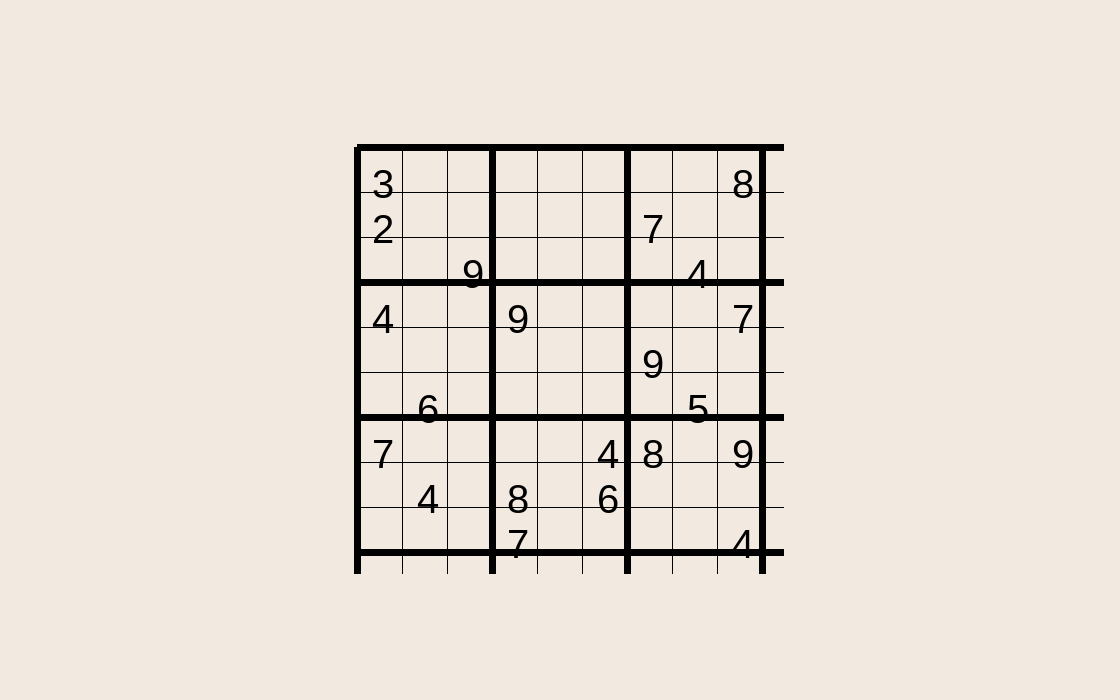
Repository: JensVL96/Puzzle-solver-for-fun
Script's output: python sudoku.py
These files come from the project's save history. The script's output is drawn as it stood at one moment and after the next save; the edit follows.
The window is shown after at most 60 frames with no key pressed. A system font it names is replaced by a similar one. Random numbers start from a fixed seed.

Above is the script's output before, as saved 2020-11-07 20:45:42.

### sudoku.py
# -*- coding: utf-8 -*-
from __future__ import print_function
from config import *
from create_board import *
from solve_bloard import *
from display_board import *

from string import *
from math import floor
import pygame as pg
import numpy as np

# For error highlighting
def set_highlight(row, col, blk, lock):
    global input_lock
    input_lock = lock
    global row_index
    row_index = row
    global col_index
    col_index = blk
    global blk_index
    blk_index = col

def get_cord(pos):
    global box_index_x
    box_index_x = int((pos[0] - TOP_LX)//BLOCK_SIZE)
    global box_index_y
    box_index_y = int((pos[1] - TOP_LY)//BLOCK_SIZE)


def valid(grid, x, y, val):
    input_lock = 0
    row = col = blk = (0, 0)

    for index in range(9):
        # Check if value in column
        if grid[x][index] == val:
            col = (x, index)
            input_lock = 1

        # Check if value in row
        if grid[index][y] == val:
            row = (index, y)
            input_lock = 1

    # Finds the block
    index_x = x // 3 # integer division
    index_y = y // 3

    # Check if value in block
    for i in range(index_x * 3, index_x * 3 + 3):
        for j in range (index_y * 3, index_y * 3 + 3):
            if grid[i][j] == val:
                blk = (i, j)
                input_lock = 1

    if input_lock == 1:
        set_highlight(row, col, blk, input_lock)
        return False

    return True

def valid_cdt(cdt_list, val):
    if type(cdt_list) == int:   # ignore
        return True

    if len(cdt_list) > 9:
        return False
    else:
        for iter in cdt_list:
            if iter == val:
                return False

    return True

class Main():
    def __init__(self):
        self.board = []
        self.run()

    def run(self):
        pg.init()
        self.screen = pg.display.set_mode(SCREEN_RES)
        pg.display.set_caption('Sudoku solver')

        display = Display_board(self.screen)

        val = 0
        blink = False
        alpha = 1
        a_change = True
        blink_color = GREEN
        candidates = []

        get_cord(INITIAL_CORDS)
        set_highlight(INITIAL_CORDS, INITIAL_CORDS, INITIAL_CORDS, INITIAL_LOCK)

        board = create_board().board

        while 1:
            for event in pg.event.get():
                if event.type == pg.QUIT or (event.type == pg.KEYDOWN and event.key == pg.K_ESCAPE):
                    exit()
                if event.type == pg.MOUSEBUTTONDOWN and input_lock != 1:
                    pos = pg.mouse.get_pos()
                    get_cord(pos)

                    # Checks if selection is on the board
                    if pos[0] < TOP_LX or pos[1] < TOP_LY or pos[0] > int(BOT_RX) or pos[1] > int(BOT_RY):
                        blink = False
                    else:
                        blink = True
                if event.type == pg.KEYDOWN and input_lock != 1:
                    if event.key == pg.K_1:
                        val = 1
                    if event.key == pg.K_2:
                        val = 2
                    if event.key == pg.K_3:
                        val = 3
                    if event.key == pg.K_4:
                        val = 4
                    if event.key == pg.K_5:
                        val = 5
                    if event.key == pg.K_6:
                        val = 6
                    if event.key == pg.K_7:
                        val = 7
                    if event.key == pg.K_8:
                        val = 8
                    if event.key == pg.K_9:
                        val = 9
                    if event.key == pg.K_BACKSPACE:
                        board[int(box_index_x)][int(box_index_y)] = 0
                elif event.type == pg.KEYDOWN and input_lock == 1:
                    if event.key == pg.K_BACKSPACE:
                        val = 0
                        set_highlight(INITIAL_CORDS, INITIAL_CORDS, INITIAL_CORDS, INITIAL_LOCK)
                        blink_color = GREEN
                        board[int(box_index_x)][int(box_index_y)] = 0

            if val != 0:
                # display.draw_val(val, box_index_x, box_index_y)
                candidates = []
                print("value: ", val,"occupying position: ", board[box_index_x][box_index_y])

                if valid(board, box_index_x, box_index_y, val):
                    if type(board[box_index_x][box_index_y]) == 0:  # No candidates
                        board[box_index_x][box_index_y] = val
                    elif type(board[box_index_x][box_index_y]) == int: # Switching from number to list
                        candidates.append(val)
                        board[box_index_x][box_index_y] = candidates
                    elif valid_cdt(board[box_index_x][box_index_y], val): # Adding candidate to list
                        candidates = board[box_index_x][box_index_y]
                        candidates.append(val)
                        board[box_index_x][box_index_y] = candidates


            # Draws the screen
            pg.draw.rect(self.screen, BLACK, (0, 0, self.screen.get_width(), self.screen.get_height()))
            self.screen.fill(BEIGE)

            # find the cell selected
            cell = display.find_cell(box_index_x, box_index_y)

            # Draws the board
            display.draw(board, cell)

            # Check if cell is selected
            if blink:
                blink = display.blink(alpha, a_change)
                alpha = blink[0]
                a_change = blink[1]
                myRect = pg.Rect(cell)

                rectSurf = pg.Surface(myRect.size, pg.SRCALPHA)
                rectSurf.fill(blink_color)
                rectSurf.set_alpha(alpha)
                self.screen.blit(rectSurf, (myRect.x, myRect.y))

            # Check if incorrect input
            if input_lock == 1 and val != 0:
                display.update(board, row_index, col_index, blk_index)
                blink_color = RED

            val = 0

            # display.draw_box()

            pg.display.update()


        self.solution = solve_board(board)

        self.solution.assign_flags(board)

if __name__ == '__main__':
    Main()

### config.py


#   Screen info
SCREEN_HEIGHT = 700
SCREEN_WIDTH = int(SCREEN_HEIGHT * 1.6)
SCREEN_RES = (SCREEN_WIDTH, SCREEN_HEIGHT)

#   Colours
BLACK = (0,0,0)
GREY = (50,50,50)
GREEN = (0,255,0)
RED = (255, 0, 0)
WHITE = (255,255,255)
BEIGE = (242,234,224)

# Box info
BORDER_SIZE = 405
BLOCK_SIZE = BORDER_SIZE / 9
CELL_SIZE = BLOCK_SIZE / 9
# Corner coordinates
TOP_LX = (SCREEN_WIDTH / 2) - (BORDER_SIZE / 2)
TOP_LY = (SCREEN_HEIGHT / 2) - (BORDER_SIZE / 2)
TOP_RX = (SCREEN_WIDTH / 2) + (BORDER_SIZE / 2)
TOP_RY = (SCREEN_HEIGHT / 2) - (BORDER_SIZE / 2)
BOT_LX = (SCREEN_WIDTH / 2) - (BORDER_SIZE / 2)
BOT_LY = (SCREEN_HEIGHT / 2) + (BORDER_SIZE / 2)
BOT_RX = (SCREEN_WIDTH / 2) + (BORDER_SIZE / 2)
BOT_RY = (SCREEN_HEIGHT / 2) + (BORDER_SIZE / 2)

# Numbers
CANDIDATE_SIZE = 20
NUMBER_SIZE = 40
BOLD = 50

# Blinking
BLINK_SPEED = 0.3
BLINK_COLOR = GREEN
ERROR_COLOR = RED

INITIAL_CORDS = (-1, -1)
INITIAL_LOCK = 0

### create_board.py
from random import sample

class create_board():
    def __init__(self):
        self.base  = 3  # Will generate any size of random sudoku board in O(n^2) time
        self.side  = self.base * self.base
        self.nums  = sample(range(1, self.side + 1), self.side) # random numbers
        self.board = [[self.nums[(self.base * (r%self.base) + r//self.base + c)%self.side] for c in range(self.side) ] for r in range(self.side)]
        rows  = [ r for g in sample(range(self.base),self.base) for r in sample(range(g * self.base,(g + 1) * self.base), self.base) ]
        cols  = [ c for g in sample(range(self.base),self.base) for c in sample(range(g * self.base,(g + 1) * self.base), self.base) ]
        self.board = [[self.board[r][c] for c in cols] for r in rows]

        # print("\nInput:")
        # for line in self.board: print(line)

        squares = self.side * self.side
        empties = squares * 3//4
        for p in sample(range(squares),empties):
            self.board[p//self.side][p%self.side] = 0

        self.lines()

    def expandLine(self, line):
        return line[0]+line[5:9].join([line[1:5]*(self.base-1)]*self.base)+line[9:13]

    def lines(self):
        self.line0  = self.expandLine("╔═══╤═══╦═══╗")
        self.line1  = self.expandLine("║ . │ . ║ . ║")
        self.line2  = self.expandLine("╟───┼───╫───╢")
        self.line3  = self.expandLine("╠═══╪═══╬═══╣")
        self.line4  = self.expandLine("╚═══╧═══╩═══╝")

        self.draw()

    def draw(self):
        symbol = " 1234567890ABCDEFGHIJKLMNOPQRSTUVWXYZ"
        self.nums   = [ [""]+[symbol[n] for n in row] for row in self.board ]
        print(self.line0)
        for r in range(1,self.side+1):
            print( "".join(n+s for n,s in zip(self.nums[r-1],self.line1.split("."))) )
            print([self.line2,self.line3,self.line4][(r%self.side==0)+(r%self.base==0)])

### solve_bloard.py
class solve_board():
    def __init__(self, board):
        self.row = []
        self.col = []
        self.cell = []
        self.row_list = []
        self.col_list = []
        self.cell_list = []

        for space in range(9):
            self.col.append([])
            self.cell.append([])

        row_idx = 0
        for line in board:

            self.row.append(line)

            cell_idx = 0
            if row_idx >= 3:
                cell_idx = 3
            if row_idx >= 6:
                cell_idx = 6


            for col_idx in range(9):

                self.col[col_idx].insert(row_idx, line[col_idx])

                if col_idx % 3 == 0:
                    for triple in range(0, 3):
                        self.cell[cell_idx].insert(len(self.cell[row_idx]) + triple, line[col_idx + triple])
                    cell_idx += 1

            self.row_list.append(self.row)
            self.col_list.append(self.col)
            self.cell_list.append(self.cell)
            row_idx += 1

        print("\nrow:")
        for row in self.row_list[0]:
            print(row)
        # print("\ncolumn:")
        # for col in self.col_list[0]:
        #     print(col)
        # print("\ncell:")
        # for cell in self.cell_list[0]:
        #     print(cell)

    def assign_flags(self, board):
        self.flags = []
        row_idx = 0
        cell_idx = 0

        print("\n")
        for line in board:
            cell_idx = 0
            if row_idx >= 3:
                cell_idx = 3
            if row_idx >= 6:
                cell_idx = 6

            for index in range(9):
                # print("position: ", index, "value: ", line[index])

                # print("row", row_idx, "col", index, "cell", cell_idx)
                if (index % 3 == 0 and index != 0):
                    cell_idx += 1

                if line[index] == 0:
                    flag_idx = 0
                    temp_flag = []
                    for value in range(1, 10):
                        # print(value)
                        if self.row_flag(value, row_idx):
                            # print("found in row")
                            pass
                        elif self.col_flag(value, index):
                            # print("found in column")
                            pass
                        elif self.cell_flag(value, cell_idx):
                            # print("found in cell")
                            pass
                        else:
                            temp_flag.append(value)
                            flag_idx += 1
                    print(temp_flag)
                    self.flags.append(temp_flag)
            row_idx += 1

    def check_row(self):
        pass

    def column(self, x):
        pass

    def cell(self, row, col):
        pass

    def row_flag(self, index, row_idx):
        for row in self.row_list[0][row_idx]:
            # print("comparing in row ", row, "with ", index, "row_idx ", row_idx)
            if row == index:
                return 1
        return 0

    def col_flag(self, index, col_idx):
        for col in self.col_list[0][col_idx]:
            # print("comparing in column ", col, "with ", index, "col_idx ", col_idx)
            if col == index:
                return 1
        return 0

    def cell_flag(self, index, cell_idx):
        for cell in self.cell_list[0][cell_idx]:
            # print("comparing in cell ", cell, "with ", index, "cell_idx ", cell_idx)
            if cell == index:
                return 1
        return 0

### display_board.py
from config import *
import pygame as pg

class Display_board():
    def __init__(self, screen):
        self.screen = screen
        self.font_num = pg.font.SysFont("comicsans", NUMBER_SIZE)
        self.font_cdt = pg.font.SysFont("comicsans", CANDIDATE_SIZE)

    def draw_val(self, val, x, y):
        text1 = self.font_num.render(str(val), 1, BLACK)
        self.screen.blit(text1, (x * BLOCK_SIZE + 15, y * BLOCK_SIZE + 15))

    def draw_cdt(self, val, x, y):
        text1 = self.font_cdt.render(str(val), 1, BLACK)
        self.screen.blit(text1, (x * BLOCK_SIZE + 1, y * BLOCK_SIZE + 1))

    def on_mouse_press(self, x, y, symbol, modifier):
        pass

    def draw(self, grid, cell):
        for i in range (9):
            for j in range (9):
                if grid[i][j] != 0:
                    if type(grid[i][j]) != int:
                        self.draw_candidates(grid, cell)
                    else:
                        text1 = self.font_num.render(str(grid[i][j]), 1, BLACK)
                        self.screen.blit(text1, (TOP_LX + i * BLOCK_SIZE + 15, TOP_LY + j * BLOCK_SIZE + 14))

        size = BLOCK_SIZE
        for i in range(10):
            if i % 3 == 0:
                print("thick")
                thick = 7
            else:
                print("thin")
                thick = 1

            if (i + 2) % 3 == 0:
                print("increasing size: ", i)
                size +=7
            else:
                size = 0

            #       thick           Thick     thin    thin  thick   thin    thin  thick   thin    thin  thick
            # TOP_LX -> TOP_RX & ( TOP_LY -> BS + 7 -> BS -> BS -> BS + 7 -> BS -> BS -> BS + 7 -> BS -> BS)
            print("line: ", i, size, "block size: ", BLOCK_SIZE)
            print("Start: ", TOP_LX, TOP_LY + i * BLOCK_SIZE, "end: ", TOP_RX, TOP_RY + i * BLOCK_SIZE)
            print("Start: ", TOP_LX + i * BLOCK_SIZE, TOP_LY, "end: ", BOT_LX + i * BLOCK_SIZE, BOT_LY)
            pg.draw.line(self.screen, BLACK, (TOP_LX,
                                            TOP_LY + i * BLOCK_SIZE),
                                            (TOP_RX + 21,
                                            TOP_RY + i * BLOCK_SIZE), thick)
            pg.draw.line(self.screen, BLACK, (TOP_LX + i * BLOCK_SIZE,
                                            TOP_LY),
                                            (BOT_LX + i * BLOCK_SIZE,
                                            BOT_LY + 21), thick)

            # For candidate placement
            # if i % 3 == 0:
            #     print(BLOCK_SIZE)
            #     pg.draw.line(self.screen, BLACK, (cell[0],
            #                                     cell[1] + i * (cell[2] / 9)),
            #                                     ((cell[0] + cell[2]),
            #                                     cell[1] + i * (cell[2] / 9)), 1)
            #     pg.draw.line(self.screen, BLACK, (cell[0] + i * (cell[3] / 9),
            #                                     cell[1]),
            #                                     (cell[0] + i * (cell[3] / 9),
            #                                     cell[1] + cell[3]), 1)

    def draw_candidates(self, grid, cell):
        new_line = 1
        iteration = 1
        indent = 15
        for number in grid[i][j]:
            if iteration % 3 == 1:    # Checking if first in line: 1, 4, 7
                text1 = self.font_cdt.render(str(number), 1, BLACK)
                self.screen.blit(text1, (cell[0] + 3, cell[1] + ((new_line - 1) * indent) + 2))
            else:
                text1 = self.font_cdt.render(str(number), 1, BLACK)
                self.screen.blit(text1, (cell[0] + ((iteration - 1) * indent) + 3, cell[1] + ((new_line - 1) * indent) + 2))
            if iteration % 3 == 0:      # checking if last in line: 3, 6
                new_line += 1
                iteration = 0

            iteration += 1


    def update(self, grid, row, col, blk):
        font_val = pg.font.SysFont("comicsans", BOLD)

        if row != (-1, -1):
            # Remove old number
            text1 = self.font_num.render(str(grid[row[0]][row[1]]), 1, WHITE)
            self.screen.blit(text1, (TOP_LX + row[0] * BLOCK_SIZE + 15, TOP_LY + row[1] * BLOCK_SIZE + 15))

            # Rewrite in bigger font
            text1 = font_val.render(str(grid[row[0]][row[1]]), 1, BLACK)
            self.screen.blit(text1, (TOP_LX + row[0] * BLOCK_SIZE + 14, TOP_LY + row[1] * BLOCK_SIZE + 10))

        if col != (-1, -1):
            # Remove old number
            text1 = self.font_num.render(str(grid[col[0]][col[1]]), 1, WHITE)
            self.screen.blit(text1, (TOP_LX + col[0] * BLOCK_SIZE + 15, TOP_LY + col[1] * BLOCK_SIZE + 15))

            # Rewrite in bigger font
            text1 = font_val.render(str(grid[col[0]][col[1]]), 1, BLACK)
            self.screen.blit(text1, (TOP_LX + col[0] * BLOCK_SIZE + 14, TOP_LY + col[1] * BLOCK_SIZE + 10))

        if blk != (-1, -1):
            # Remove old number
            text1 = self.font_num.render(str(grid[blk[0]][blk[1]]), 1, WHITE)
            self.screen.blit(text1, (TOP_LX + blk[0] * BLOCK_SIZE + 15, TOP_LY + blk[1] * BLOCK_SIZE + 15))

            # Rewrite in bigger font
            text1 = font_val.render(str(grid[blk[0]][blk[1]]), 1, BLACK)
            self.screen.blit(text1, (TOP_LX + blk[0] * BLOCK_SIZE + 14, TOP_LY + blk[1] * BLOCK_SIZE + 10))

    def find_cell(self, x, y):
        # Only applies glow when a cell is selected
        if x == -1 and y == -1:
            return

        width = BLOCK_SIZE
        height = BLOCK_SIZE

        # Adjustment in size if bordering a thick line
        if x % 3 == 0:  # If thick line on the left
            start_pos_x = TOP_LX + x * BLOCK_SIZE + 4
            width = BLOCK_SIZE - 4
        else:
            start_pos_x = TOP_LX + x * BLOCK_SIZE + 1

        if (x + 1) % 3 == 0:    # If thick line on the right
            width = BLOCK_SIZE - 3.5

        if y % 3 == 0:  # If thick line on the top
            start_pos_y = TOP_LY + y * BLOCK_SIZE + 4
            height = BLOCK_SIZE - 4
        else:
            start_pos_y = TOP_LY + y * BLOCK_SIZE + 1

        if (y + 1) % 3 == 0:    # If thick line on the bottom
            height = BLOCK_SIZE - 3.5

        return (start_pos_x, start_pos_y, width, height)

    def blink(self, alpha, a_change):
        if a_change:
            alpha += BLINK_SPEED
            if alpha >= 175:
                a_change = False
        elif a_change == False:
            alpha += -BLINK_SPEED
            if alpha <= 30:
                a_change = True

        return (alpha, a_change)

After the next save:
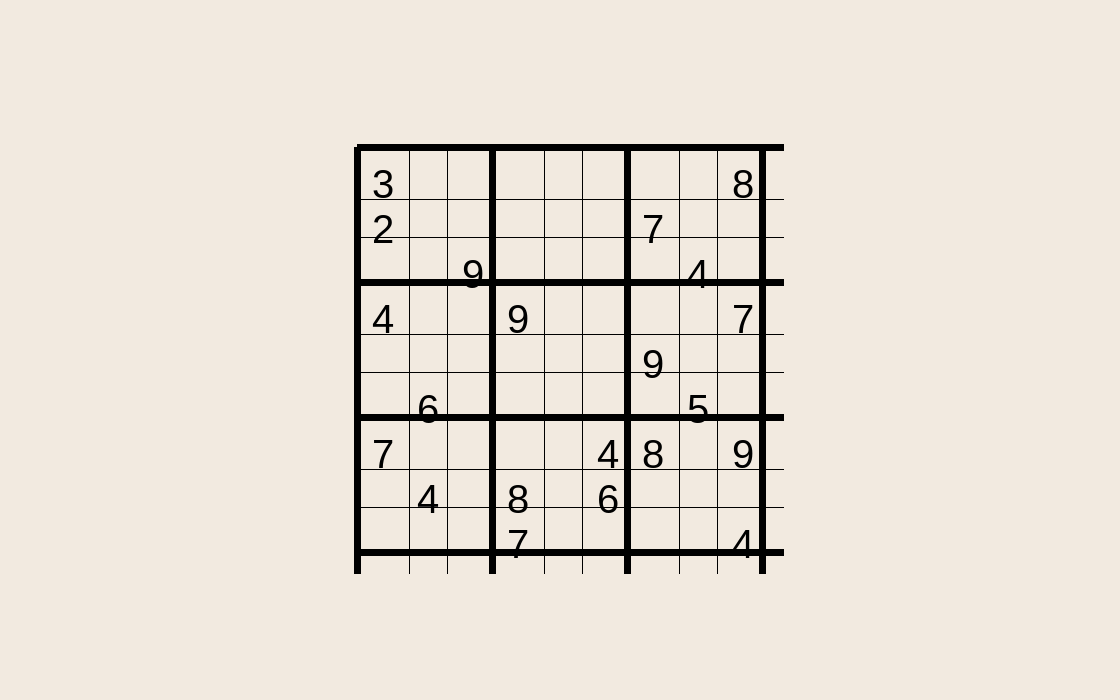
Saved 36 s later.
--- a/display_board.py
+++ b/display_board.py
@@ -49,12 +49,12 @@ class Display_board():
             print("Start: ", TOP_LX, TOP_LY + i * BLOCK_SIZE, "end: ", TOP_RX, TOP_RY + i * BLOCK_SIZE)
             print("Start: ", TOP_LX + i * BLOCK_SIZE, TOP_LY, "end: ", BOT_LX + i * BLOCK_SIZE, BOT_LY)
             pg.draw.line(self.screen, BLACK, (TOP_LX,
-                                            TOP_LY + i * BLOCK_SIZE),
+                                            TOP_LY + i * BLOCK_SIZE + size),
                                             (TOP_RX + 21,
-                                            TOP_RY + i * BLOCK_SIZE), thick)
-            pg.draw.line(self.screen, BLACK, (TOP_LX + i * BLOCK_SIZE,
+                                            TOP_RY + i * BLOCK_SIZE+ size), thick)
+            pg.draw.line(self.screen, BLACK, (TOP_LX + i * BLOCK_SIZE+ size,
                                             TOP_LY),
-                                            (BOT_LX + i * BLOCK_SIZE,
+                                            (BOT_LX + i * BLOCK_SIZE+ size,
                                             BOT_LY + 21), thick)
 
             # For candidate placement
